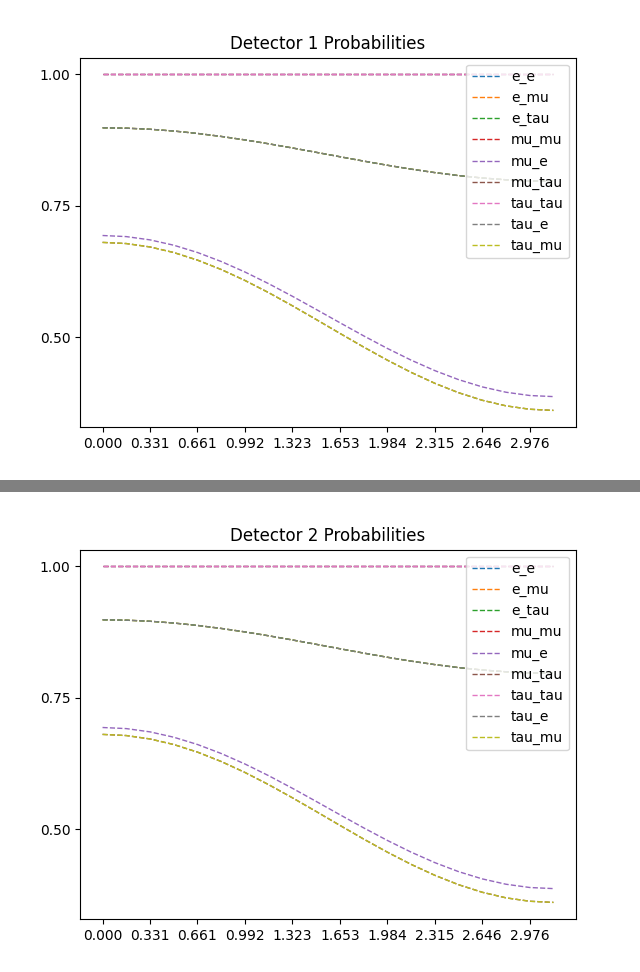
Repository: MichaelCullen2011/QuantumAndNeutrinos
Script's output: python neutrinos.py
An editor plug-in stored every save of this project. The script's output is shown before and after the next save, followed by the edit.
Each picture stacks the figures in order, with grey between them; figures that are only written to a file come last. Random numbers start from a fixed seed.

Above is the script's output before, as saved 2021-06-02 16:43:26.

### neutrinos.py
import numpy as np
import matplotlib.pyplot as plt


'''
To Do           - tau interactions
                - clean up constant variables into dicts or lists
'''


'''
Variables and Constants
'''
# # Constants
# Mass difference squared between two flavour states
delta_m_sq = {'eu': 7.53e-5, 'tu': 2.44e-3, 'te': 2.44e-3, 'ue': 7.53e-5, 'ut': 2.44e-3, 'et': 2.44e-3}     # eV**2
delta_m_e_mu_sq = 7.53e-5      # eV**2
delta_m_tau_mu_sq = 2.44e-3    # eV**2  # can be +ve or -ve
delta_m_tau_e_sq = 2.44e-3     # eV**2  # can be +ve or -ve
delta_m_mu_e_sq = delta_m_e_mu_sq      # eV**2
delta_m_mu_tau_sq = delta_m_tau_mu_sq    # can be +ve or -ve
delta_m_e_tau_sq = delta_m_tau_e_sq     # eV**2

# Angle between flavour states
sin_q_theta = {'eu': 0.846, 'tu': 0.92, 'te': 0.093, 'ue': 0.846, 'ut': 0.92, 'et': 0.093}
sin_sq_theta_e_tau = 0.093
sin_sq_theta_e_mu = 0.846
sin_sq_theta_mu_tau = 0.92      # actually > 0.92 but it varies on atmospheric values
sin_sq_theta_mu_e = sin_sq_theta_e_mu
sin_sq_theta_tau_e = sin_sq_theta_e_tau
sin_sq_theta_tau_mu = sin_sq_theta_mu_tau

G_f = 1.1663787e-5         # GeV-2
sin_sq_theta_w = 0.22290        # Weinberg angle
m_e = 0.511 * 1e-3     # GeV c-2
m_u = 105 * 1e-3       # GeV c-2
sigma_naught = 1.72e-45         # m**2 / GeV

# # Variables
# m_out = 10       # reactant mass out (electrons, muons etc)
# m_in = 1000        # reactant mass in (electrons, muons etc)
# E_v = 100     # Neutrino energy
# L = 10       # distance oscillating (for oscillation)
# E = E_v     # Neutrino beam energy
# d = 10       # distance travelled (for decoherence)



'''
Oscillation Probabilities   -   p_oscill = (np.sin(2 * theta))**2 * (np.sin((delta_m_sq * L) / (4 * E)))**2
'''
class Oscillations:
    def __init__(self, distance=1e6, energy=10):
        self.prob_list = {
            'eu': [], 'et': [],
            'ue': [], 'ut': [],
            'te': [], 'tu': [],
            'ee': [], 'uu': [],     # do these last as theyre calculated based on the previously calculated
            'tt': [],
        }

        self.prob_reduced = {
            'e': [],
            'u': [],
            't': []
        }

        self.prob_neut = []

        self.max_points = 1000      # Number of points
        self.E = energy
        self.L = distance    # Km
        self.x_range = np.linspace(0, self.L / self.E, self.max_points)
        theta_range = np.linspace(0, 2 * np.pi, self.max_points)


    def calculate(self):
        for x in self.x_range:
            # print(f"Calculated Probability of {self.max_points}")
            for change in self.prob_list.keys():
                if change not in ['ee', 'uu', 'tt']:
                    self.prob_list[change].append(Oscillations.prob(self, flavours=change, x=x))
            self.prob_list['ee'].append(1 - (self.prob_list['eu'][-1] * self.prob_list['et'][-1]))
            self.prob_list['uu'].append(1 - (self.prob_list['ue'][-1] * self.prob_list['ut'][-1]))
            self.prob_list['tt'].append(1 - (self.prob_list['te'][-1] * self.prob_list['tu'][-1]))

        self.prob_reduced['e'] = [self.prob_list['ee'], self.prob_list['eu'], self.prob_list['et']]
        self.prob_reduced['u'] = [self.prob_list['uu'], self.prob_list['ue'], self.prob_list['ut']]
        self.prob_reduced['t'] = [self.prob_list['tt'], self.prob_list['te'], self.prob_list['tu']]
        Oscillations.plot(self)


    def plot(self):
        fig, axs = plt.subplots(3)
        fig.suptitle('Neutrino Oscillations')
        n = 0
        for initial in self.prob_reduced.values():
            if n == 0:
                for p in initial:
                    axs[n].plot(self.x_range, p)
                    axs[n].legend(['e to e', 'e to mu', 'e to tau'], loc=1)
            if n == 1:
                for p in initial:
                    axs[n].plot(self.x_range, p)
                    axs[n].legend(['mu to mu', 'mu to e', 'mu to tau'], loc=1)
            if n == 2:
                for p in initial:
                    axs[n].plot(self.x_range, p)
                    axs[n].legend(['tau to tau', 'tau to e', 'tau to mu'], loc=1)
            n += 1
        plt.show()


    def prob(self, flavours, x):
        if flavours == 'eu':
            prob = sin_sq_theta_e_mu * np.square(np.sin(1.27 * delta_m_e_mu_sq * x / 4))
        elif flavours == 'et':
            prob = sin_sq_theta_e_tau * np.square(np.sin(1.27 * delta_m_e_tau_sq * x / 4))
        elif flavours == 'ue':
            prob = sin_sq_theta_e_mu * np.square(np.sin(1.27 * delta_m_mu_e_sq * x / 4))
        elif flavours == 'ut':
            prob = sin_sq_theta_mu_tau * np.square(np.sin(1.27 * delta_m_mu_tau_sq * x / 4))
        elif flavours == 'te':
            prob = sin_sq_theta_tau_e * np.square(np.sin(1.27 * delta_m_tau_e_sq * x / 4))
        elif flavours == 'tu':
            prob = sin_sq_theta_tau_mu * np.square(np.sin(1.27 * delta_m_tau_mu_sq * x / 4))
        return prob



'''
Cross Sections
'''
class CrossSections:
    def __init__(self, energy, lepton):
        E_v = energy
        sigma_naught = 1.72e-45

        s_e = sigma_naught * np.pi / G_f**2
        s_u = s_e * (m_u / m_e)

        sigma_naught_e = (2 * m_e * G_f**2 * E_v) / np.pi
        sigma_naught_u = (2 * m_u * G_f**2 * E_v) / np.pi

        if lepton == 'e':
            sigma_naught = sigma_naught_e
            self.cs_without_ms = {'e_e': [], 'E_E': [], 'E_U': [], 'u_e': [], 'u_u': [], 'U_U': []}
            self.cs_with_ms = {'e_e': [], 'E_E': [], 'E_U': [], 'u_e': [], 'u_u': [], 'U_U': []}

        elif lepton == 'u':
            sigma_naught = sigma_naught_u
            self.cs_without_ms = {'e_e': [], 'E_E': [], 'U_E': [], 'e_u': [], 'u_u': [], 'U_U': []}
            self.cs_with_ms = {'e_e': [], 'E_E': [], 'U_E': [], 'e_u': [], 'u_u': [], 'U_U': []}

        for flavour in self.cs_without_ms.keys():
            cs = CrossSections.neutrino_and_electron(self, flavour=flavour) * energy * sigma_naught
            self.cs_without_ms[flavour].append(cs)
            self.cs_with_ms[flavour].append(
                cs * energy * sigma_naught *
                CrossSections.mass_suppression(
                    self, flavour, energy=energy, reaction_lepton=lepton
                )
            )

    def neutrino_and_electron(self, flavour):
        if flavour == 'e_e':
            cs = 0.25 + sin_sq_theta_w + (4 / 3) * np.square(sin_sq_theta_w)
        elif flavour == 'E_E':
            cs = (1 / 12) + 1 / 3 * (sin_sq_theta_w + 4 / 3 * np.square(sin_sq_theta_w))
        elif flavour == 'E_U' or flavour == 'U_E':
            cs = 1 / 3
        elif flavour == 'u_e' or flavour == 'e_u':
            cs = 1
        elif flavour == 'u_u':
            cs = 1 / 4 - sin_sq_theta_w + 4 / 3 * np.square(sin_sq_theta_w)
        elif flavour == 'U_U':
            cs = 1 / 12 - 1 / 3 * sin_sq_theta_w + 4 / 3 * np.square(sin_sq_theta_w)
        return cs

    def mass_suppression(self, flavour, energy, reaction_lepton='e'):
        m_E = m_e
        m_U = m_u
        if reaction_lepton == 'e':
            m_in = m_e
        elif reaction_lepton == 'u':
            m_in = m_u

        if flavour == 'e_e':
            zeta = 1 - ((m_e ** 2) / (m_in ** 2 + 2 * m_in * energy))
        elif flavour == 'E_E':
            zeta = 1 - ((m_e ** 2) / (m_in ** 2 + 2 * m_in * energy))
        elif flavour == 'E_U':
            zeta = 1 - ((m_u ** 2) / (m_in ** 2 + 2 * m_in * energy))
        elif flavour == 'u_e':
            zeta = 1 - ((m_u ** 2) / (m_in ** 2 + 2 * m_in * energy))
        elif flavour == 'u_u':
            zeta = 1 - ((m_e ** 2) / (m_in ** 2 + 2 * m_in * energy))
        elif flavour == 'U_U':
            zeta = 1 - ((m_e ** 2) / (m_in ** 2 + 2 * m_in * energy))
        # neutrino-muon specific reactions
        elif flavour == 'U_E':
            zeta = 1 - ((m_e ** 2) / (m_in ** 2 + 2 * m_in * energy))
        elif flavour == 'e_u':
            zeta = 1 - ((m_e ** 2) / (m_in ** 2 + 2 * m_in * energy))
        return zeta



'''
Wave Functions (for plotting)
'''
class WaveFunctions:
    def __init__(self, accuracy):
        phi = np.linspace(0, np.pi, accuracy)
        theta = np.linspace(0, 2 * np.pi, 20)
        prob_at_detector = {'e_e': [], 'e_mu': [], 'e_tau': [],
                            'mu_mu': [], 'mu_e': [], 'mu_tau': [],
                            'tau_tau': [], 'tau_e': [], 'tau_mu': []}
        flavour_list = ['e_e', 'e_mu', 'e_tau', 'mu_mu', 'mu_e', 'mu_tau', 'tau_tau', 'tau_e', 'tau_mu']
        detector_1 = {'e_e': [], 'e_mu': [], 'e_tau': [],
                      'mu_mu': [], 'mu_e': [], 'mu_tau': [],
                      'tau_tau': [], 'tau_e': [], 'tau_mu': []}
        detector_2 = {'e_e': [], 'e_mu': [], 'e_tau': [],
                      'mu_mu': [], 'mu_e': [], 'mu_tau': [],
                      'tau_tau': [], 'tau_e': [], 'tau_mu': []}

        for flavour_change in flavour_list:
            for phi_value in phi:
                prob_at_detector[flavour_change].append(WaveFunctions.prob(self, flavour=flavour_change, phi=phi_value))

            for tuple in prob_at_detector[flavour_change]:
                detector_1[flavour_change].append(tuple[0])
                detector_2[flavour_change].append(tuple[0])

        fig1 = plt.figure()
        fig2 = plt.figure()
        ax1 = fig1.add_subplot(111)
        ax2 = fig2.add_subplot(111)
        ax1.title.set_text('Detector 1 Probabilities')
        ax2.title.set_text('Detector 2 Probabilities')

        ax1.set_xticks(ticks=np.linspace(start=0, stop=2 * np.pi, num=int(accuracy)))
        ax1.set_yticks(ticks=np.linspace(0, 1, num=5))
        ax2.set_xticks(ticks=np.linspace(start=0, stop=2 * np.pi, num=int(accuracy)))
        ax2.set_yticks(ticks=np.linspace(0, 1, num=5))


        for prob_list in detector_1.values():
            #print(prob_list)
            ax1.plot(phi, prob_list, '--', linewidth=1)

        for prob_list in detector_2.values():
            #print(prob_list)
            ax2.plot(phi, prob_list, '--', linewidth=1)

        ax1.legend(flavour_list, loc=1)
        ax2.legend(flavour_list, loc=1)

    def prob(self, flavour, phi):
        order_tau_d_same = 1
        order_tau_d_change = 1 / 3
        if flavour == 'e_e':
            prob_f1 = 1
            prob_f2 = 0
        elif flavour == 'e_mu':
            prob_f1 = 1 - (np.sqrt(sin_sq_theta_e_tau) / 2) * (1 - order_tau_d_change * np.cos(phi))
            prob_f2 = (np.sqrt(sin_sq_theta_e_tau) / 2) * (1 - order_tau_d_change * np.cos(phi))
        elif flavour == 'e_tau':
            prob_f1 = 1 - (np.sqrt(sin_sq_theta_e_tau) / 2) * (1 - order_tau_d_change * np.cos(phi))
            prob_f2 = (np.sqrt(sin_sq_theta_e_tau) / 2) * (1 - order_tau_d_change * np.cos(phi))
        if flavour == 'mu_mu':
            prob_f1 = 1
            prob_f2 = 0
        elif flavour == 'mu_e':
            prob_f1 = 1 - (np.sqrt(sin_sq_theta_e_mu) / 2) * (1 - order_tau_d_change * np.cos(phi))
            prob_f2 = (np.sqrt(sin_sq_theta_e_mu) / 2) * (1 - order_tau_d_change * np.cos(phi))
        elif flavour == 'mu_tau':
            prob_f1 = 1 - (np.sqrt(sin_sq_theta_mu_tau) / 2) * (1 - order_tau_d_change * np.cos(phi))
            prob_f2 = (np.sqrt(sin_sq_theta_mu_tau) / 2) * (1 - order_tau_d_change * np.cos(phi))
        if flavour == 'tau_tau':
            prob_f1 = 1
            prob_f2 = 0
        elif flavour == 'tau_e':
            prob_f1 = 1 - (np.sqrt(sin_sq_theta_tau_e) / 2) * (1 - order_tau_d_change * np.cos(phi))
            prob_f2 = (np.sqrt(sin_sq_theta_tau_e) / 2) * (1 - order_tau_d_change * np.cos(phi))
        elif flavour == 'tau_mu':
            prob_f1 = 1 - (np.sqrt(sin_sq_theta_tau_mu) / 2) * (1 - order_tau_d_change * np.cos(phi))
            prob_f2 = (np.sqrt(sin_sq_theta_tau_mu) / 2) * (1 - order_tau_d_change * np.cos(phi))
        return prob_f1, prob_f2



'''
Gates
'''
class Gates:
    def __init__(self, energy_list):
        self.energy_list = energy_list
        self.gate_energy_reactions = None
        self.leptons = {'e': [], 'u': []}       # currently only considering e and mu (no tau)
        self.all_values = {}

    def calculate(self):
        for energy in self.energy_list:
            for lepton in self.leptons.keys():
                # print(f'\n Cross Sections for Reactions with {lepton} at {energy} GeV:')
                self.leptons[lepton] = CrossSections(energy=energy, lepton=lepton)    # Energy in GeV

            gate_reactions = Gates.gate_cs(Gates.combine_cs(self))
            if self.gate_energy_reactions is None:      # checking if first time running this script
                self.gate_energy_reactions = gate_reactions
            else:
                for flavour, value in gate_reactions.items():
                    self.gate_energy_reactions[flavour].append(value[0])
            self.all_values[energy] = [values for values in gate_reactions.values()]
            print(f"Average Prob for {energy} GeV: ", np.average(self.all_values[energy]))
            if energy == self.energy_list[-1]:
                print(f"Neutrino-Lepton Gate Probabilities for {energy}GeV: \n {gate_reactions}")

        # plot
        Gates.plot_energies(self)
        plt.show()


    def combine_cs(self):
        all_cs = {'e_e': [], 'e_u': [], 'u_u': [], 'u_e': [], 'E_E': [], 'E_U': [], 'U_U': [], 'U_E': []}
        e_class = self.leptons['e']
        u_class = self.leptons['u']
        for all_reaction in all_cs.keys():
            for e_reaction, e_value in e_class.cs_without_ms.items():
                if e_reaction == all_reaction:
                    all_cs[all_reaction].append(e_value[0])
            for u_reaction, u_value in u_class.cs_without_ms.items():
                if u_reaction == all_reaction:
                    all_cs[all_reaction].append(u_value[0])

        for all_reaction, all_values in all_cs.items():
            if len(all_values) > 1:
                all_cs[all_reaction] = [(all_values[0] + all_values[1]) / 2]
        return all_cs


    @staticmethod
    def gate_cs(all_cs):
        # creates our final dict with the probabilities for all gate interactions
        single_reactions = ['e_e', 'e_u', 'u_u', 'u_e']
        single_reactions_anti = ['E_E', 'E_U', 'U_U', 'U_E']
        whole_reaction = []
        for first_reaction in single_reactions:
            for second_reaction in single_reactions:
                whole_reaction.append(first_reaction[0] + second_reaction[0] + '_' + first_reaction[2] + second_reaction[2])
        for first_reaction in single_reactions_anti:
            for second_reaction in single_reactions_anti:
                whole_reaction.append(first_reaction[0] + second_reaction[0] + '_' + first_reaction[2] + second_reaction[2])
        gate_reactions = {whole_keys: [] for whole_keys in whole_reaction}


        # reaction 1 is reaction_combined[0] + '_' + reaction_combined[3]
        # reaction 2 in reaction_combined[1] + '_' + reaction_combined[4]
        for reaction_combined in gate_reactions.keys():
            first_reaction = reaction_combined[0] + '_' + reaction_combined[3]
            second_reaction = reaction_combined[1] + '_' + reaction_combined[4]
            gate_reactions[reaction_combined] = [all_cs[first_reaction][0] * all_cs[second_reaction][0]]

        # for key, value in gate_reactions.items():
        #     print(f"{key}: {value}")
        return gate_reactions


    def plot_energies(self):
        for flavour, values in self.gate_energy_reactions.items():
            self.gate_energy_reactions[flavour] = [values, list(self.energy_list)]

        for flavour, values in self.gate_energy_reactions.items():
            plt.plot(values[1], values[0], '-')
        plt.title(f"Neutrino-Lepton Gate Cross-Sections for Energies: {int(min(self.energy_list))}GeV - {int(max(self.energy_list))}GeV")
        plt.legend(self.gate_energy_reactions.keys())



'''
Running
'''
# Oscillations(distance=1e6, energy=10).calculate()    # Prints oscillation probabilities for flavours given the distance it travels

WaveFunctions(accuracy=20)      # Currently Broken. Doesnt plot correctly # Accuracy is the number of points within the range

# Gates(energy_list=np.linspace(1, 100, 10)).calculate()         # calculates and plots gate probabilities at various energies for different interactions

plt.show()

After the next save:
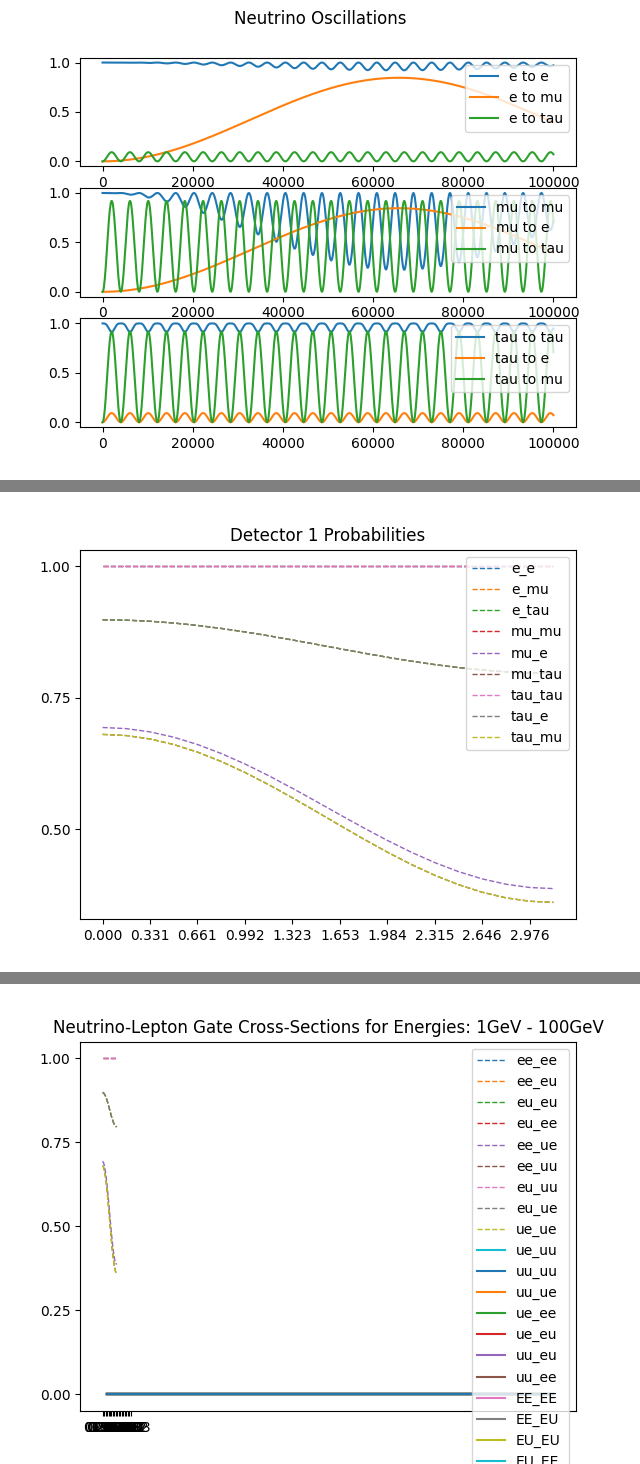
Saved 7 s later.
--- a/neutrinos.py
+++ b/neutrinos.py
@@ -381,10 +381,10 @@ class Gates:
 '''
 Running
 '''
-# Oscillations(distance=1e6, energy=10).calculate()    # Prints oscillation probabilities for flavours given the distance it travels
+Oscillations(distance=1e6, energy=10).calculate()    # Prints oscillation probabilities for flavours given the distance it travels
 
 WaveFunctions(accuracy=20)      # Currently Broken. Doesnt plot correctly # Accuracy is the number of points within the range
 
-# Gates(energy_list=np.linspace(1, 100, 10)).calculate()         # calculates and plots gate probabilities at various energies for different interactions
+Gates(energy_list=np.linspace(1, 100, 10)).calculate()         # calculates and plots gate probabilities at various energies for different interactions
 
 plt.show()
